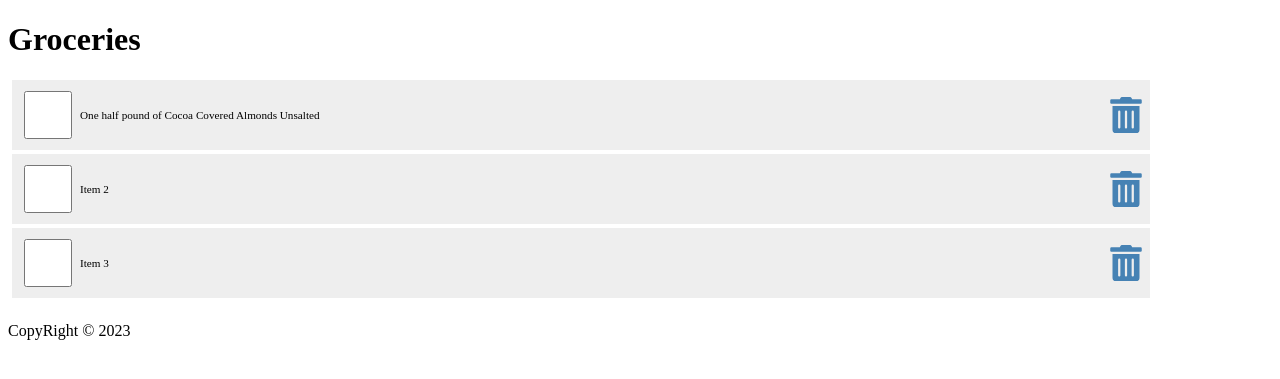
Repository: akinmiday/react-series
Page: /
The author's editor kept a copy of each file at every save. The page is drawn from the files as they stood at one save, then again after the next save.
The browser window is 1280 px wide. The pictures show the whole page.
The project was rebuilt for these pictures with package versions that can differ from the ones it lists, and the page was loaded fresh each time. Also part of the build but not shown: vite.config.js, src/index.css.

Above is the page before, as saved 2023-08-21 18:54:22.

After the next save:
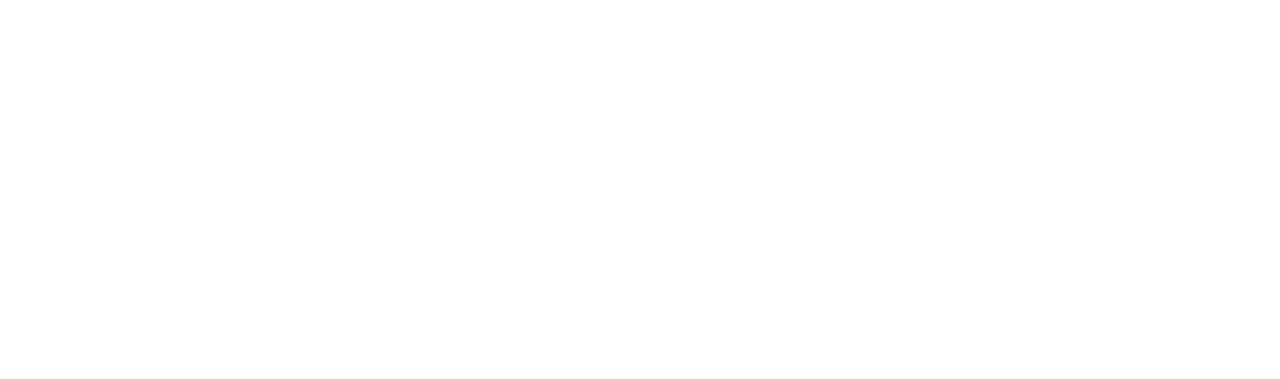
Console error: ReferenceError: title is not defined
Saved 26 s later.
--- a/src/Header.jsx
+++ b/src/Header.jsx
@@ -1,7 +1,8 @@
 const Header = (props) => {
+    const { } = props
     return (
         <header>
-            <h1>{props.title}</h1>
+            <h1>{title}</h1>
         </header>
     )
 }

After the save that followed:
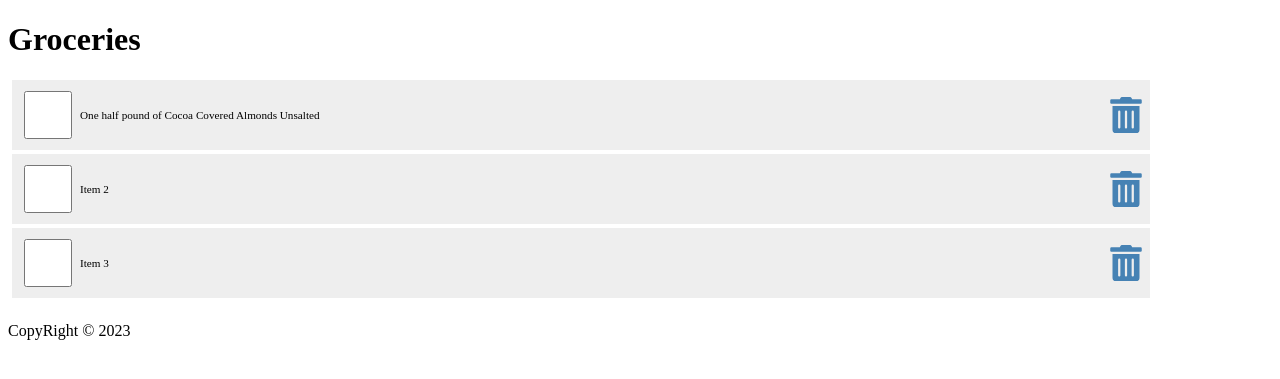
The error is gone.
Saved 5 s later.
--- a/src/Header.jsx
+++ b/src/Header.jsx
@@ -1,5 +1,5 @@
 const Header = (props) => {
-    const { } = props
+    const { title } = props
     return (
         <header>
             <h1>{title}</h1>
